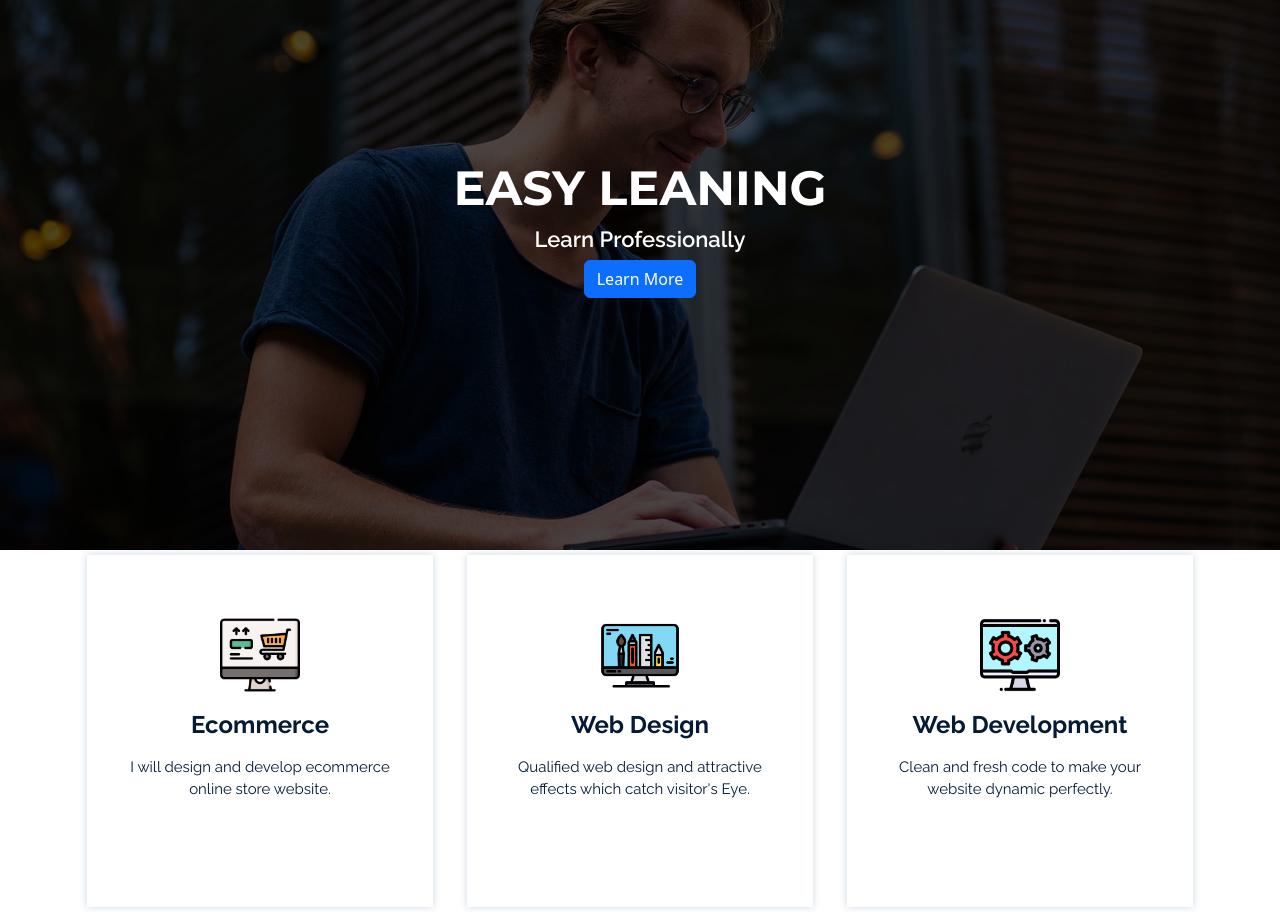
Repository: masamichan/free_video_app
Page: /
These files come from the project's save history. The page is drawn as it stood at one moment and after the next save; the edit follows.
The browser window is 1280 px wide. The pictures show the whole page.
Backgrounds fixed to the window are drawn as part of the page. The project was rebuilt for these pictures with package versions that can differ from the ones it lists, and the page was loaded fresh each time.

Above is the page before, as saved 2023-01-22 12:27:48.

### public/index.html
<!DOCTYPE html>
<html lang="en">
  <head>
    <meta charset="utf-8" />
    <link rel="icon" href="%PUBLIC_URL%/icon.png" />
    <meta name="viewport" content="width=device-width, initial-scale=1" />
    <meta name="theme-color" content="#000000" />
    <meta
      name="description"
      content="Web site created using create-react-app"
    />

    <link rel="manifest" href="%PUBLIC_URL%/manifest.json" />

    <link rel="preconnect" href="https://fonts.googleapis.com">
    <link rel="preconnect" href="https://fonts.gstatic.com" crossorigin>
    <link
      href="https://fonts.googleapis.com/css2?family=Montserrat:wght@400;700;800&family=Raleway:wght@300;400;600;700&display=swap"
      rel="stylesheet">

    <title>Easy Leaning</title>
  </head>
  <body>
    <noscript>You need to enable JavaScript to run this app.</noscript>
    <div style="width: 100%;" id="root"></div>

  </body>
</html>

### src/App.js
import React from "react";
import Services from "./components/Services/Services";
import { TopBanner } from "./components/TopBanner/TopBanner";

function App() {
  return (
    <div>
      <TopBanner />
      <Services />
    </div>
  );
}

export default App;

### src/components/Services/Services.jsx
import React, { Component, Fragment } from "react";
import { Col, Container, Row } from "react-bootstrap";
import designIcon from "../../asset/image/design.png";
import ecommerceIcon from "../../asset/image/ecommerce.png";
import webIcon from "../../asset/image/web.png";

export class Services extends Component {
  render() {
    return (
      <Fragment>
        <Container>
          <Row>
            <Col lg={4} md={6} sm={12}>
              <div className="serviceCard text-center">
                <img className="ecommerceIcon" src={ecommerceIcon} />
                <h2 className="serviceName">Ecommerce</h2>
                <p className="serviceDescription">
                  I will design and develop ecommerce online store website.
                </p>
              </div>
            </Col>
            <Col lg={4} md={6} sm={12}>
              <div className="serviceCard text-center">
                <img className="designIcon" src={designIcon} />
                <h2 className="serviceName">Web Design</h2>
                <p className="serviceDescription">
                  Qualified web design and attractive effects which catch
                  visitor's Eye.
                </p>
              </div>
            </Col>
            <Col lg={4} md={6} sm={12}>
              <div className="serviceCard text-center">
                <img className="webIcon" src={webIcon} />
                <h2 className="serviceName">Web Development</h2>
                <p className="serviceDescription">
                  Clean and fresh code to make your website dynamic perfectly.
                </p>
              </div>
            </Col>
          </Row>
        </Container>
      </Fragment>
    );
  }
}

export default Services;

### src/components/TopBanner/TopBanner.jsx
import React, { Component, Fragment } from "react";
import { Button, Col, Container, Row } from "react-bootstrap";
import "../../asset/css/custom.css";
import "../../asset/css/bootstrap.css";

export class TopBanner extends Component {
  render() {
    return (
      <Fragment>
        <Container fluid={true} className="topFixedBanner p-0">
          <div className="topBannerOverlay">
            <Container className="topContent">
              <Row>
                <Col className="text-center">
                  <h1 className="topTitle">EASY LEANING</h1>
                  <h4 className="topSubTitle">Learn Professionally</h4>
                  <Button variant="primary">Learn More</Button>
                </Col>
              </Row>
            </Container>
          </div>
        </Container>
      </Fragment>
    );
  }
}

export default TopBanner;

### src/asset/css/custom.css
.topFixedBanner {
  background-image: url("../image/banner.jpg");
  min-height: 550px;
  background-attachment: fixed;
  background-position: center;
  background-repeat: no-repeat;
  background-size: cover;
}
.topBannerOverlay {
  position: absolute;
  min-height: 550px;
  width: 100%;
  background: rgb(0, 0, 0, 0.7);
}

.topContent {
  margin-top: 10em;
}

.topTitle {
  font-family: "Montserrat", sans-serif;
  font-weight: 700;
  color: #ffffff;
  font-size: 48px;
}

.topSubTitle {
  font-family: "Raleway", san-serif;
  font-weight: 600;
  color: #ffffff;
  font-size: 22px;
}

.ecommerceIcon {
  height: 80px;
  width: 80px;
}

.designIcon {
  height: 80px;
  width: 80px;
}

.webIcon {
  height: 80px;
  width: 80px;
}

.serviceCard {
  margin: 5px 5px 5px 5px;
  height: 22rem;
  padding: 60px 30px 60px 30px;
  box-shadow: 0 0 8px 0 rgb(4, 55, 105, 0.2);
}

.serviceCard:hover {
  margin: 5px 5px 5px 5px;
  height: 22rem;
  padding: 60px 30px 60px 30px;
  box-shadow: 0 0 16px 0 rgb(4, 55, 105, 0.2);
}

.serviceName {
  color: #051b35;
  margin-top: 1rem;
  font-family: "Raleway", sans-serif;
  font-size: 24px;
  font-weight: 700;
}

.serviceDescription {
  color: #051b35;
  margin-top: 1rem;
  font-family: "Raleway", sans-serif;
  font-size: 15px;
  font-weight: 400;
}

Loaded but not shown: src/index.js (common file); src/asset/css/bootstrap.css (library)

After the next save:
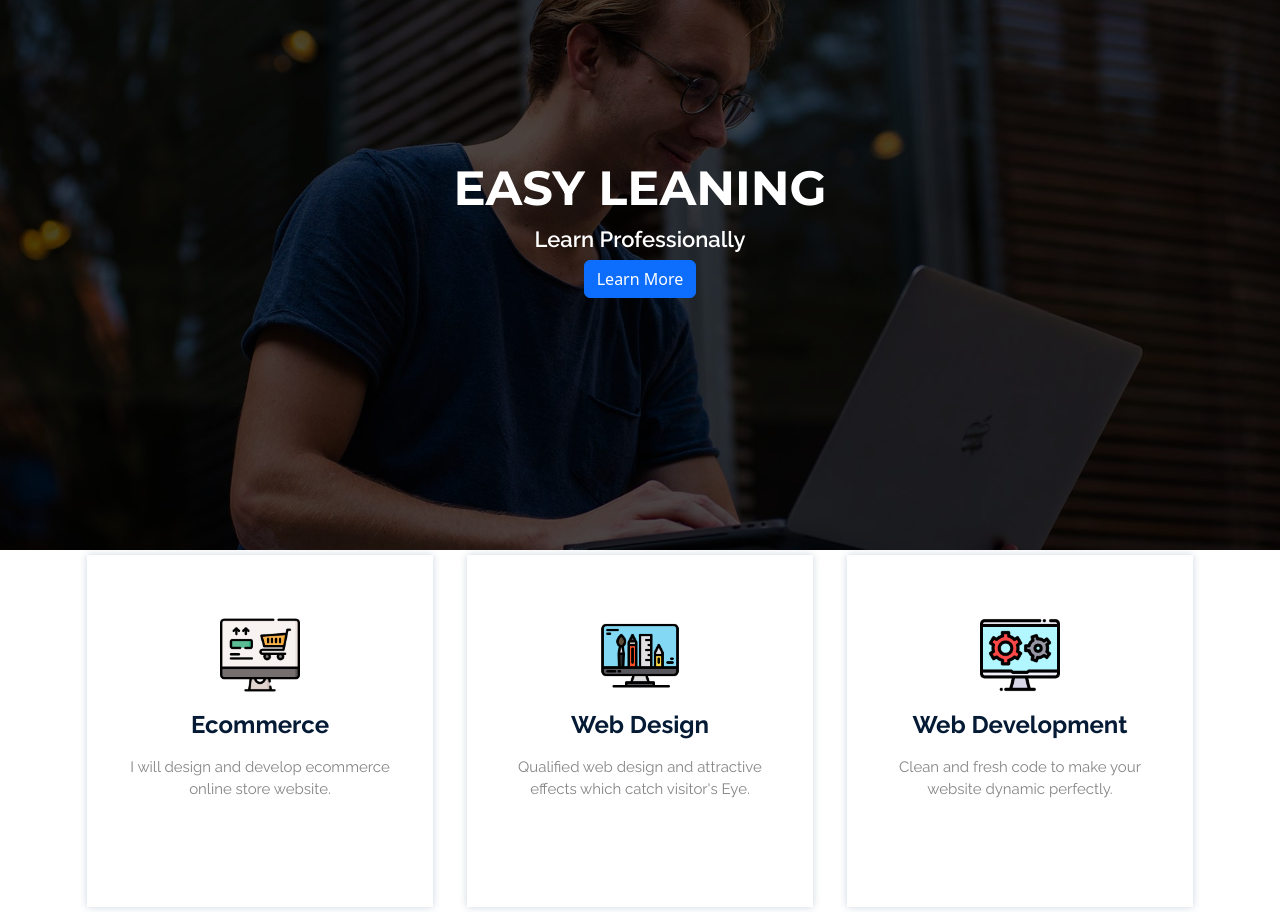
Saved 73 s later.
--- a/src/asset/css/custom.css
+++ b/src/asset/css/custom.css
@@ -69,7 +69,7 @@
 }
 
 .serviceDescription {
-  color: #051b35;
+  color: #858585;
   margin-top: 1rem;
   font-family: "Raleway", sans-serif;
   font-size: 15px;
